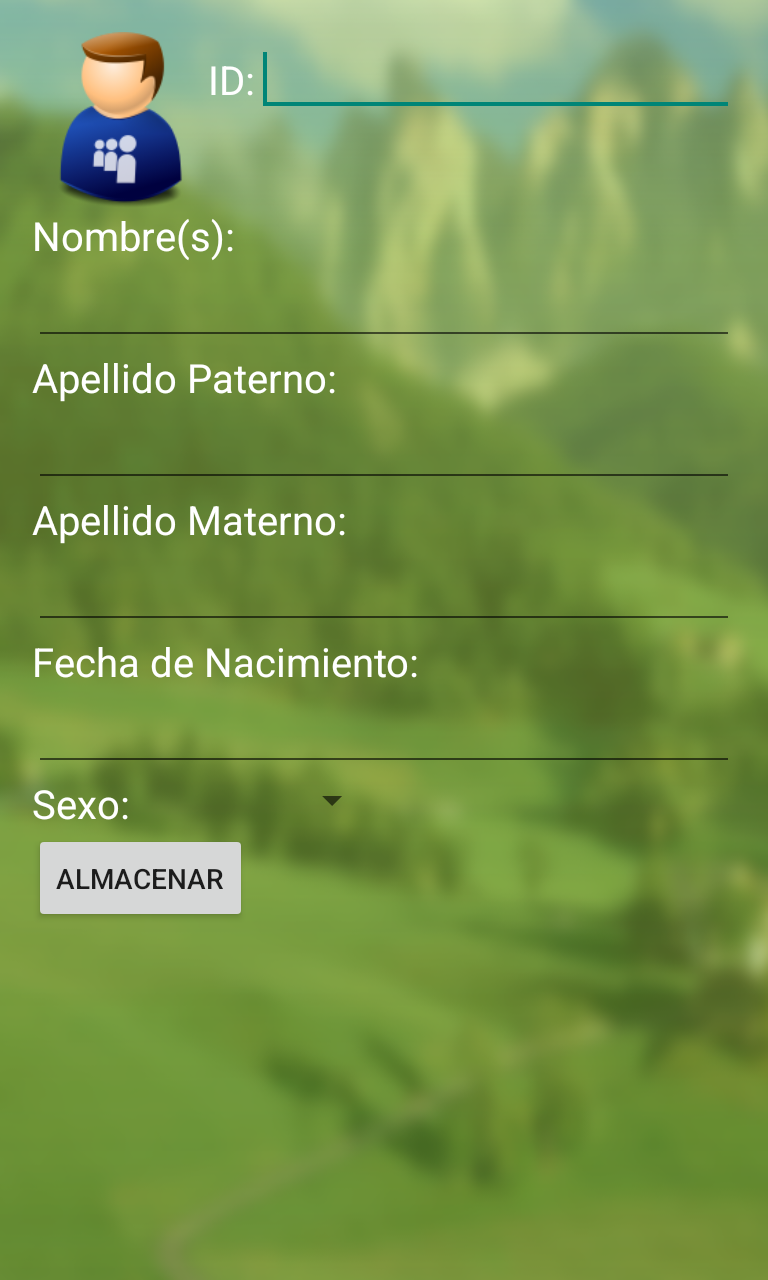
Repository: AntonioloNeviani/ProyectoDeInvestigacion_Android
Layout: FiliiStude/res/layout/activity_nuevo_usuario.xml
The author's editor kept a copy of each file at every save. The layout is drawn from the files as they stood at one save, then again after the next save.
It is drawn on a 768 x 1280 px phone screen (xhdpi) without system bars, with theme AppTheme; the app's code is not run.

Above is the layout before, as saved 2015-05-26 09:07:23.

### FiliiStude/res/layout/activity_nuevo_usuario.xml
<RelativeLayout xmlns:android="http://schemas.android.com/apk/res/android"
    xmlns:tools="http://schemas.android.com/tools"
    android:layout_width="match_parent"
    android:layout_height="match_parent"
    android:background="@drawable/fondo4"
    android:paddingBottom="@dimen/activity_vertical_margin"
    android:paddingLeft="@dimen/activity_horizontal_margin"
    android:paddingRight="@dimen/activity_horizontal_margin"
    android:paddingTop="@dimen/activity_vertical_margin"
    tools:context="com.filii.filiistude.NuevoUsuario" >

    <LinearLayout
        android:layout_width="wrap_content"
        android:layout_height="wrap_content"
        android:layout_alignParentLeft="true"
        android:layout_alignParentRight="true"
        android:orientation="vertical" >

        <LinearLayout
            android:layout_width="match_parent"
            android:layout_height="wrap_content" >

            <ImageView
                android:id="@+id/imageView1"
                android:layout_width="88dp"
                android:layout_height="88dp"
                android:src="@drawable/usuario" />

            <TextView
                android:id="@+id/textView2"
                android:layout_width="wrap_content"
                android:layout_height="wrap_content"
                android:text="ID:"
                android:textColor="#FFFFFF"
                android:textSize="20sp" />

            <EditText
                android:id="@+id/editText1"
                android:layout_width="wrap_content"
                android:layout_height="wrap_content"
                android:layout_weight="1"
                android:inputType="number"
                android:textColor="#FFFFFF"
                android:textSize="20sp" >

                <requestFocus />
            </EditText>
        </LinearLayout>

        <TextView
            android:id="@+id/textView1"
            android:layout_width="wrap_content"
            android:layout_height="wrap_content"
            android:text="Nombre(s): "
            android:textColor="#FFFFFF"
            android:textSize="20sp" />

        <EditText
            android:id="@+id/editText2"
            android:layout_width="match_parent"
            android:layout_height="wrap_content"
            android:ems="10"
            android:inputType="textPersonName"
            android:textColor="#FFFFFF"
            android:textSize="20sp" />

        <TextView
            android:id="@+id/textView3"
            android:layout_width="wrap_content"
            android:layout_height="wrap_content"
            android:text="Apellido Paterno: "
            android:textColor="#FFFFFF"
            android:textSize="20sp" />

        <EditText
            android:id="@+id/editText3"
            android:layout_width="match_parent"
            android:layout_height="wrap_content"
            android:ems="10"
            android:inputType="textPersonName"
            android:textColor="#FFFFFF"
            android:textSize="20sp" />

        <TextView
            android:id="@+id/textView4"
            android:layout_width="wrap_content"
            android:layout_height="wrap_content"
            android:text="Apellido Materno: "
            android:textColor="#FFFFFF"
            android:textSize="20sp" />

        <EditText
            android:id="@+id/editText4"
            android:layout_width="match_parent"
            android:layout_height="wrap_content"
            android:ems="10"
            android:inputType="textPersonName"
            android:textColor="#FFFFFF"
            android:textSize="20sp" />

        <TextView
            android:id="@+id/textView5"
            android:layout_width="wrap_content"
            android:layout_height="wrap_content"
            android:text="Fecha de Nacimiento: "
            android:textColor="#FFFFFF"
            android:textSize="20sp" />

        <EditText
            android:id="@+id/editText5"
            android:layout_width="match_parent"
            android:layout_height="wrap_content"
            android:ems="10"
            android:inputType="date"
            android:textColor="#FFFFFF"
            android:textSize="20sp" />

        <LinearLayout
            android:layout_width="match_parent"
            android:layout_height="wrap_content" >

            <TextView
                android:id="@+id/textView6"
                android:layout_width="wrap_content"
                android:layout_height="wrap_content"
                android:text="Sexo: "
                android:textColor="#FFFFFF"
                android:textSize="20sp" />

            <Spinner
                android:id="@+id/sexo"
                android:layout_width="120dp"
                android:layout_height="wrap_content"
                android:textColor="#FFFFFF"
                android:textSize="20sp" />
        </LinearLayout>

        <LinearLayout
            android:layout_width="match_parent"
            android:layout_height="wrap_content" >

            <Button
                android:id="@+id/button1"
                android:layout_width="wrap_content"
                android:layout_height="wrap_content"
                android:text="Almacenar" />

        </LinearLayout>

    </LinearLayout>

</RelativeLayout>

Loaded but not shown: FiliiStude/res/values/styles.xml (common file); FiliiStude/res/values-v11/styles.xml (common file); FiliiStude/res/values-v14/styles.xml (common file); FiliiStude/res/values/dimens.xml (common file); FiliiStude/res/values-w820dp/dimens.xml (common file)

After the next save:
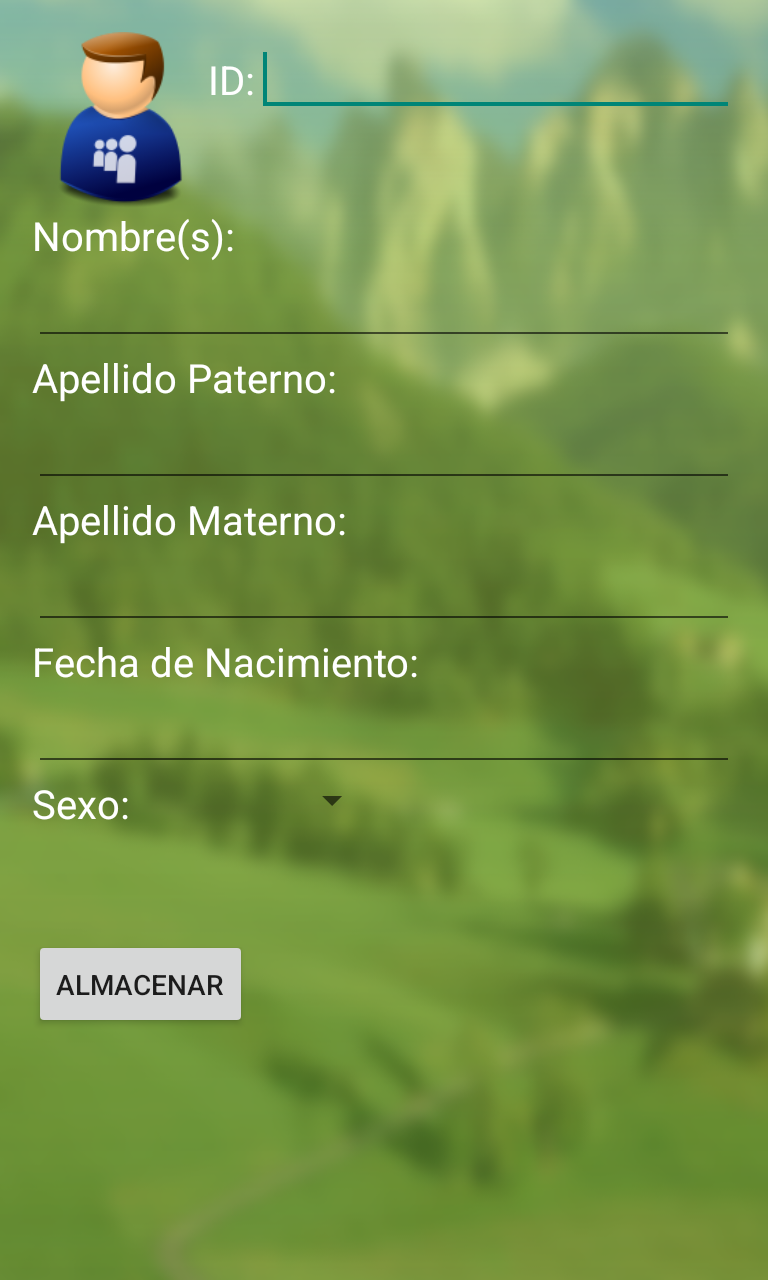
Saved 54 s later.
--- a/FiliiStude/res/layout/activity_nuevo_usuario.xml
+++ b/FiliiStude/res/layout/activity_nuevo_usuario.xml
@@ -117,7 +117,7 @@
 
         <LinearLayout
             android:layout_width="match_parent"
-            android:layout_height="wrap_content" >
+            android:layout_height="80dp" >
 
             <TextView
                 android:id="@+id/textView6"
